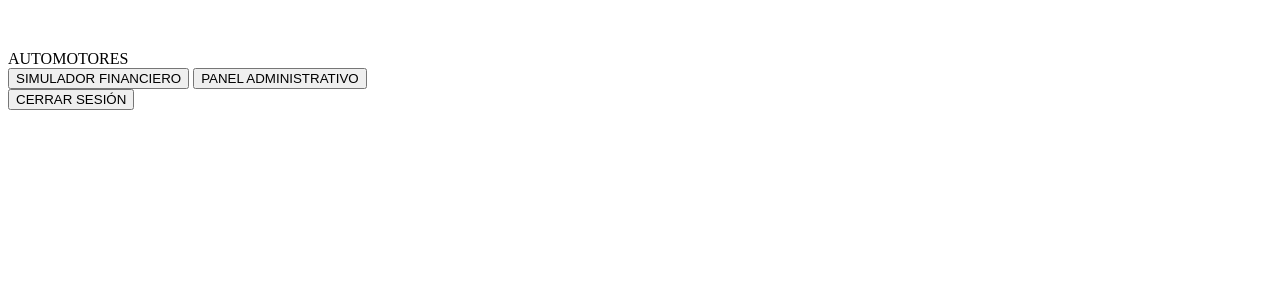
Repository: PPIII-9-012/Roma-System
Page: public/index.html
An editor plug-in stored every save of this project. The page is shown before and after the next save, followed by the edit.
The browser window is 1280 px wide. The pictures show the whole page.

Above is the page before, as saved 2026-08-22 12:12:13.

After the next save:
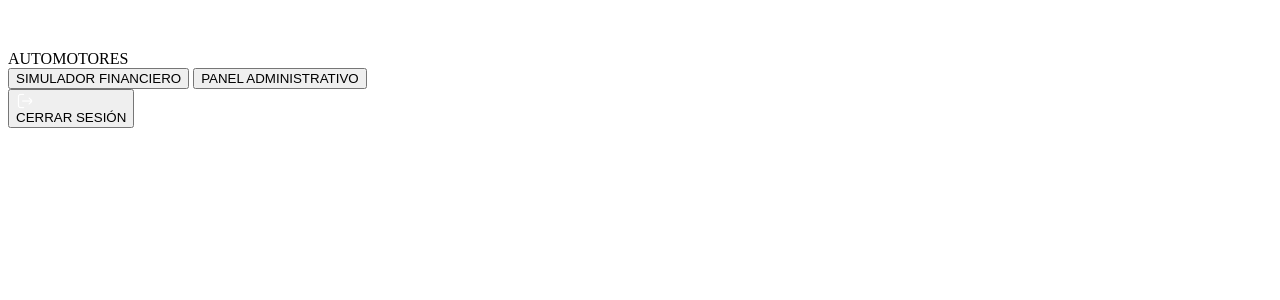
Saved 6 min 12 s later.
--- a/public/index.html
+++ b/public/index.html
@@ -10,6 +10,11 @@
         .navbar-logo {
             width: auto;
             height: 42px;
+            display: block;
+        }
+        .logout-logo {
+            width: auto;
+            height: 18px;
             display: block;
         }
 
@@ -25,7 +30,10 @@
         <button class="navbar-link active" type="button">SIMULADOR FINANCIERO</button>
         <button class="navbar-link" type="button" id="panelAdmimBtn">PANEL ADMINISTRATIVO</button>
     </div>
-    <button class="navbar-logout" type="button" id="logoutBtn">CERRAR SESIÓN</button>
+    <button class="navbar-logout" type="button" id="logoutBtn">
+        <img class="logout-logo" src="cerrarsesion.png" alt="">
+        <span>CERRAR SESIÓN</span>
+    </button>
 </div>
 
 <div class="app">
